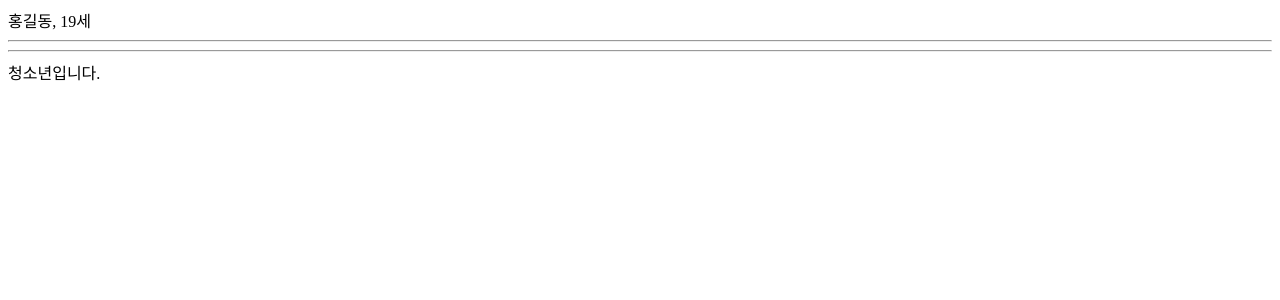
Repository: novemberjj/jsp
Page: http://localhost/jstl_study/step4-choose.jsp
The author's editor kept a copy of each file at every save. The page is drawn from the files as they stood at one save, then again after the next save.
The browser window is 1280 px wide. The pictures show the whole page.
The page is served by Tomcat 9.

Above is the page before, as saved 2023-05-10 00:37:27.

After the next save:
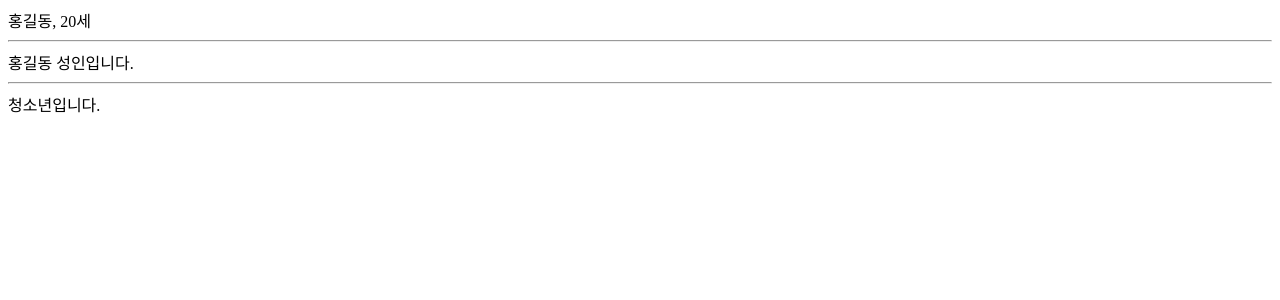
Saved 9 s later.
--- a/jstl_project/jstl_study/src/main/webapp/step4-choose.jsp
+++ b/jstl_project/jstl_study/src/main/webapp/step4-choose.jsp
@@ -12,7 +12,7 @@
 <!-- model 안에 PersonVO class 생성 멤버변수 : name, age 추가
 	생성자, getter/setter -->
 	<%
-		PersonVO p= new PersonVO("홍길동",19);
+		PersonVO p= new PersonVO("홍길동",20);
 		request.setAttribute("p", p);
 	%>
 
